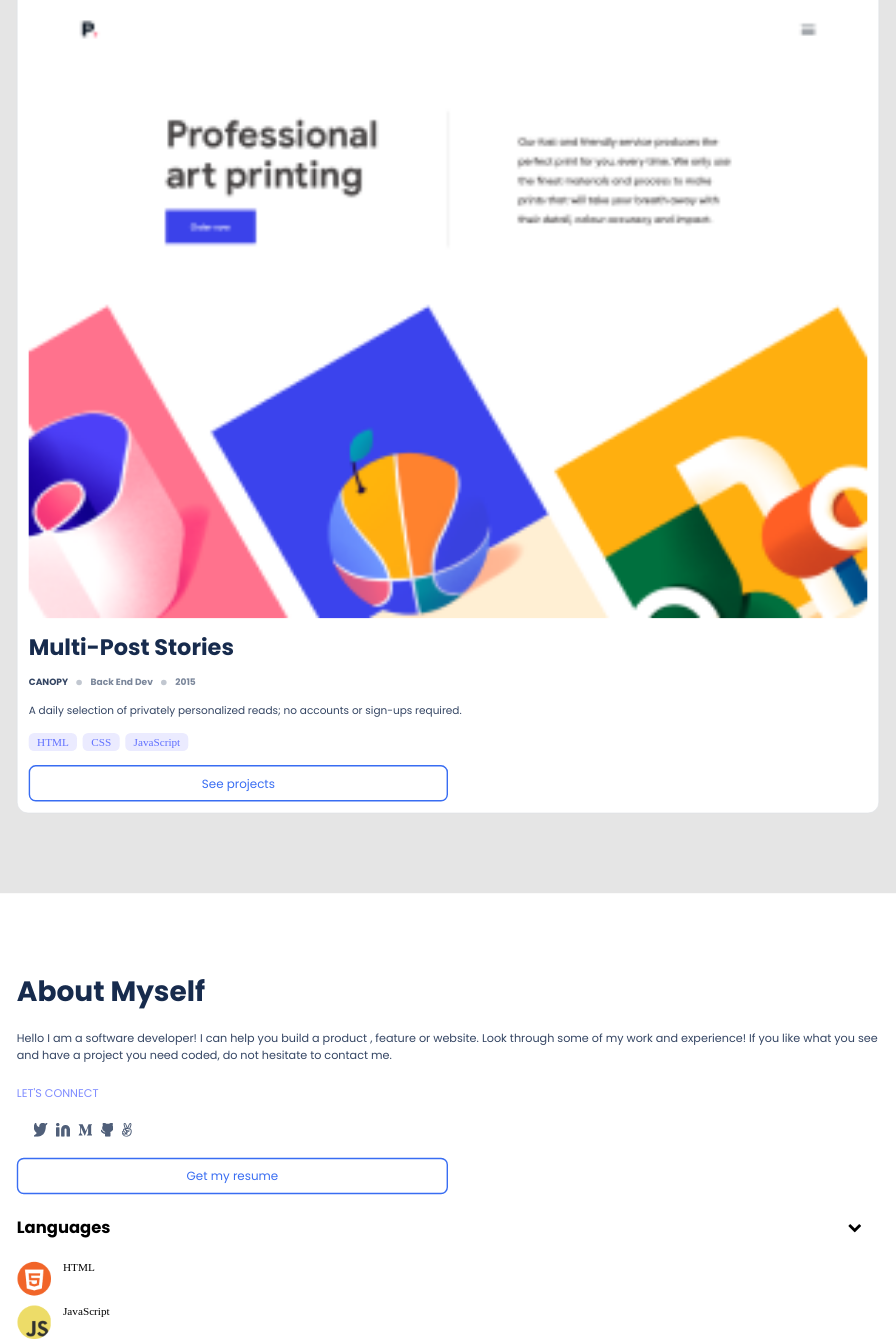
Repository: Paulinelali/potfoilo.github.io
Page: public/index.html
These files come from the project's save history. The page is drawn as it stood at one moment and after a run of saves; the edit follows.
The browser window is 1280 px wide. The pictures show the part of the page from y = 4580 to 6500 px (the page is 7001 px tall), at 70% of full size.

Above is the page before, as saved 2023-03-31 08:24:48.

### public/index.html
<!DOCTYPE html>
<html lang="en">
<head>
    <meta charset="UTF-8">
    <meta http-equiv="X-UA-Compatible" content="IE=edge">
    <meta name="viewport" content="width=device-width, initial-scale=1.0">
    <link rel="preconnect" href="https://fonts.googleapis.com">
    <link rel="preconnect" href="https://fonts.gstatic.com" crossorigin>
    <link href="https://fonts.googleapis.com/css2?family=Poppins:wght@400;700&display=swap" rel="stylesheet">
    <link rel="stylesheet" href="https://cdnjs.cloudflare.com/ajax/libs/font-awesome/4.7.0/css/font-awesome.min.css">
    <link rel="stylesheet" href="../styles/style.css">
    <title>Ayomide S.E.P</title>
</head>
<body>
    <header class="header">
        <nav class="nav pad-aside">
            <a href="#">
                <img src="../assets/Logo Placeholder.png" alt="">
            </a>
            <a href="#"><img src="../assets/Normal Button/Tertiary/Enabled.png" alt=""></a>
        </nav>
        <section class="intro">
            <div class="introc-content pad-aside">
                <h1 class="pad-aside">
                    I am Ayomide.
                Glad to see you!
                </h1>
                <p class="pad-aside">
                    I am a software developer! I can help you build a product , feature or website   Look through some of my work and
                    experience! If you like what you see and have a project you need coded,
                    do not hesitate to contact me.
                </p>
                <h3 class="pad-aside">
                    LET'S CONNECT
                </h3>
                <div class="social-icons pad-aside ">
                    <img src="../assets/social icons/Vector.svg" alt="">
                    <img src="../assets/social icons/Linkedin icon.svg" alt="">
                    <img src="../assets/social icons/Vector (1).svg" alt="">
                    <img src="../assets/social icons/Vector (2).svg" alt="">
                    <img src="../assets/social icons/Vector (3).svg" alt="">
                </div>
            </div>
        </section>
    </header>

    <section class="card-wrapper  margin-h-24 pad-both">
        <img class="" src="../assets/1.png" alt="">
        <h2>Tonic</h2>
        <div class="canopy-list-wrapper">
            <ul class="canopy-list">
                <li><b>CANOPY</b></li>
                <li class="card-empty-list"></li>
                <li>Back End Dev</li>
                <li class="card-empty-list"></li>
                <li>2015</li>
            </ul>
        </div>
        <p>
            A daily selection of privately personalized reads; no accounts or sign-ups required.
        </p>
        <div class="tech-used">
            <span>
                HTML
            </span>
            <span>
                CSS
            </span>
            <span>
                JavaScript
            </span>
        </div>
        <button class="see-projects-btn btn">
            See projects
        </button>
    </section>

    <section class="card-wrapper  margin-h-24 pad-both">
        <img class="" src="../assets/2.png" alt="">
        <h2>Multi-Post
            Stories</h2>
        <div class="canopy-list-wrapper">
            <ul class="canopy-list">
                <li><b>CANOPY</b></li>
                <li class="card-empty-list"></li>
                <li>Back End Dev</li>
                <li class="card-empty-list"></li>
                <li>2015</li>
            </ul>
        </div>
        <p>
            A daily selection of privately personalized reads; no accounts or sign-ups required.
        </p>
        <div class="tech-used">
            <span>
                HTML
            </span>
            <span>
                CSS
            </span>
            <span>
                JavaScript
            </span>
        </div>
        <button class="see-projects-btn btn">
            See projects
        </button>
    </section>


    <section class="card-wrapper  margin-h-24 pad-both">
        <img class="" src="../assets/3.png" alt="">
        <h2>Tonic</h2>
        <div class="canopy-list-wrapper">
            <ul class="canopy-list">
                <li><b>CANOPY</b></li>
                <li class="card-empty-list"></li>
                <li>Back End Dev</li>
                <li class="card-empty-list"></li>
                <li>2015</li>
            </ul>
        </div>
        <p>
            A daily selection of privately personalized reads; no accounts or sign-ups required.
        </p>
        <div class="tech-used">
            <span>
                HTML
            </span>
            <span>
                CSS
            </span>
            <span>
                JavaScript
            </span>
        </div>
        <button class="see-projects-btn btn">
            See projects
        </button>
    </section>


    <section class="card-wrapper  margin-h-24 pad-both">
        <img class="" src="../assets/4.png" alt="">
        <h2>Multi-Post
            Stories</h2>
        <div class="canopy-list-wrapper">
            <ul class="canopy-list">
                <li><b>CANOPY</b></li>
                <li class="card-empty-list"></li>
                <li>Back End Dev</li>
                <li class="card-empty-list"></li>
                <li>2015</li>
            </ul>
        </div>
        <p>
            A daily selection of privately personalized reads; no accounts or sign-ups required.
        </p>
        <div class="tech-used">
            <span>
                HTML
            </span>
            <span>
                CSS
            </span>
            <span>
                JavaScript
            </span>
        </div>
        <button class="see-projects-btn btn">
            See projects
        </button>
    </section>

    <section class="last-section">
        <h1>About Myself</h1>
        <p>
            Hello I am a software developer! I can help you build a product , feature or website. Look through some of
            my work and experience! If you like what you see and have a project you need coded, do not hesitate to contact me.
        </p>
        <h3>LET'S CONNECT</h3>
        <div class="social-icons pad-aside ">
            <img src="../assets/social icons/Vector.svg" alt="">
            <img src="../assets/social icons/Linkedin icon.svg" alt="">
            <img src="../assets/social icons/Vector (1).svg" alt="">
            <img src="../assets/social icons/Vector (2).svg" alt="">
            <img src="../assets/social icons/Vector (3).svg" alt="">
        </div>
        <button class="see-projects-btn btn">
            Get my resume
        </button>
        <div class="language">
            <h3>Languages</h3>
            <i class="fa fa-chevron-down"></i>
        </div>
        <div class="language-list">
            <div class="html">
                <img src="../assets/html.png" alt="">
                <span>HTML</span>
            </div>

            <div class="js">
                <img src="../assets/js.png" alt="">
                JavaScript
            </div>

            <div class="css">
                <img src="../assets/css.png" alt="">
                <span>CSS</span>
            </div>
        </div>
        <div class="frameworks">
            <h3>Frameworks</h3>
            <i class="fa fa-chevron-right"></i>
        </div>
        <div class="skills">
            <h3>Skills</h3>
            <i class="fa fa-chevron-right"></i>
        </div>
    </section>
</body>
</html>

### styles/style.css
*{
  margin: 0px;
  padding: 0px;
}


@import url('https://fonts.googleapis.com/css2?family=Poppins:wght@400;700&display=swap');

body{
  background-color: #E5E5E5;;
}

.pad-vet{
  padding: 16px 0px 0px 0px;
}
.pad-both{
  padding: 16px;
}
.pad-aside{
  padding: 0px 24px;
}

.margin-v-24{
  margin: 24px 0px;
}
.margin-h-24{
  margin: 0px 24px;
}

.header{
  display: flex;
  flex-direction: column;
  gap: 50px;
  background-color: white;
  border-radius: 0px 0px 0px 50px;
  -webkit-border-radius: 0px 0px 0px 50px;
  -moz-border-radius: 0px 0px 0px 50px;
  -ms-border-radius: 0px 0px 0px 50px;
  -o-border-radius: 0px 0px 0px 50px;
}
.nav{
  display: flex;
  justify-content: space-between;
}

.introc-content{
  display: flex;
  flex-direction: column;
  gap: 12px;
  padding: 128px 0px;
  background-image: url("../assets/header-shapes\ mobile.png");
  background-size: contain;
  background-repeat: no-repeat;

}
.introc-content h1{
  font-family: 'Poppins';
  font-style: normal;
  font-weight: 700;
  font-size: 40px;
  line-height: 52px;
  color: #172B4D;

}

.introc-content p{
  font-family: 'Poppins';
  font-style: normal;
  font-weight: 400;
  font-size: 16px;
  line-height: 24px;
  color: #344563;
}
.introc-content h3{
  color: rgba(127, 140, 255, 1);

}

.social-icons{
  display: flex;
  gap: 12px;

}

.card-wrapper{
  display: flex;
  flex-direction: column;
  justify-content: center;
  gap: 20px;
  background: #FFFFFF;
  border: 1px solid #DFE1E6;
  border-radius: 16px;
  margin: 114px 24px;
}

.card-wrapper h2{
  font-family: 'Poppins';
  font-style: normal;
  font-weight: 700;
  font-size: 32px;
  line-height: 44px;
  color: #172B4D;
}

.card-wrapper p{
  font-family: 'Poppins';
  font-style: normal;
  font-weight: 400;
  font-size: 15px;
  line-height: 24px;
  color: #344563;
}

.canopy-list{
  display: flex;
  list-style-type: none;
  gap: 12px;
}
.canopy-list .card-empty-list{
  width: 8px;
  height: 8px;
  background: #C1C7D0;
  border-radius: 50%;
  -webkit-border-radius: 50%;
  -moz-border-radius: 50%;
  -ms-border-radius: 50%;
  -o-border-radius: 50%;
  align-self: center;
}

.canopy-list li:nth-child(1){
  font-family: 'Poppins';
  font-style: normal;
  font-weight: 600;
  font-size: 13px;
  line-height: 16px;
  color: #344563;
}
.canopy-list li:nth-child(3), .canopy-list li:nth-child(5){
  color: #7A869A;
  font-family: 'Poppins';
  font-style: normal;
  font-weight: 600;
  font-size: 13px;
  line-height: 16px;
}

.tech-used{
  display: flex;
  gap: 8px;
}

.tech-used span{
  display: flex;
  flex-direction: row;
  align-items: center;
  padding: 4px 12px;
  background: #EBEBFF;
  border-radius: 8px;
  color: #6070FF;
}

.see-projects-btn{
  padding: 12px;
  font-family: 'Poppins';
  font-style: normal;
  font-weight: 500;
  font-size: 17px;
  line-height: 24px;
  color: #396DF2;
  background: rgba(57, 109, 242, 0);
  width: 50%;
  border: 2px solid #396DF2;
  border-radius: 10px;
  -webkit-border-radius: 10px;
  -moz-border-radius: 10px;
  -ms-border-radius: 10px;
  -o-border-radius: 10px;
}

.last-section{
  display: flex;
  flex-direction: column;
  gap: 30px;
  background: #FFFFFF;
  padding: 114px 24px 314px 24px
}

.last-section h1{
  font-family: 'Poppins';
font-style: normal;
font-weight: 700;
font-size: 40px;
line-height: 52px;
display: flex;
align-items: center;
color: #172B4D;
}

.last-section p{
  font-family: 'Poppins';
font-style: normal;
font-weight: 400;
font-size: 16px;
line-height: 24px;
color: #344563;
}

.last-section > h3{
font-family: 'Poppins';
font-style: normal;
font-weight: 500;
font-size: 16px;
line-height: 24px;
color: #7F8CFF;
}

.language, .frameworks, .skills{
  display: flex;
  justify-content: space-between;
  padding-right: 25px;
  font-family: 'Poppins';
  font-style: normal;
  font-weight: 500;
  font-size: 20px;
  align-items: center;
  color: #000000;
}

.language-list{
  display: flex;
  flex-direction: column;
  gap: 12px;
}

.css, .js, .html{
  display: flex;
  gap: 16px;
  align-self
}

After the next 2 saves:
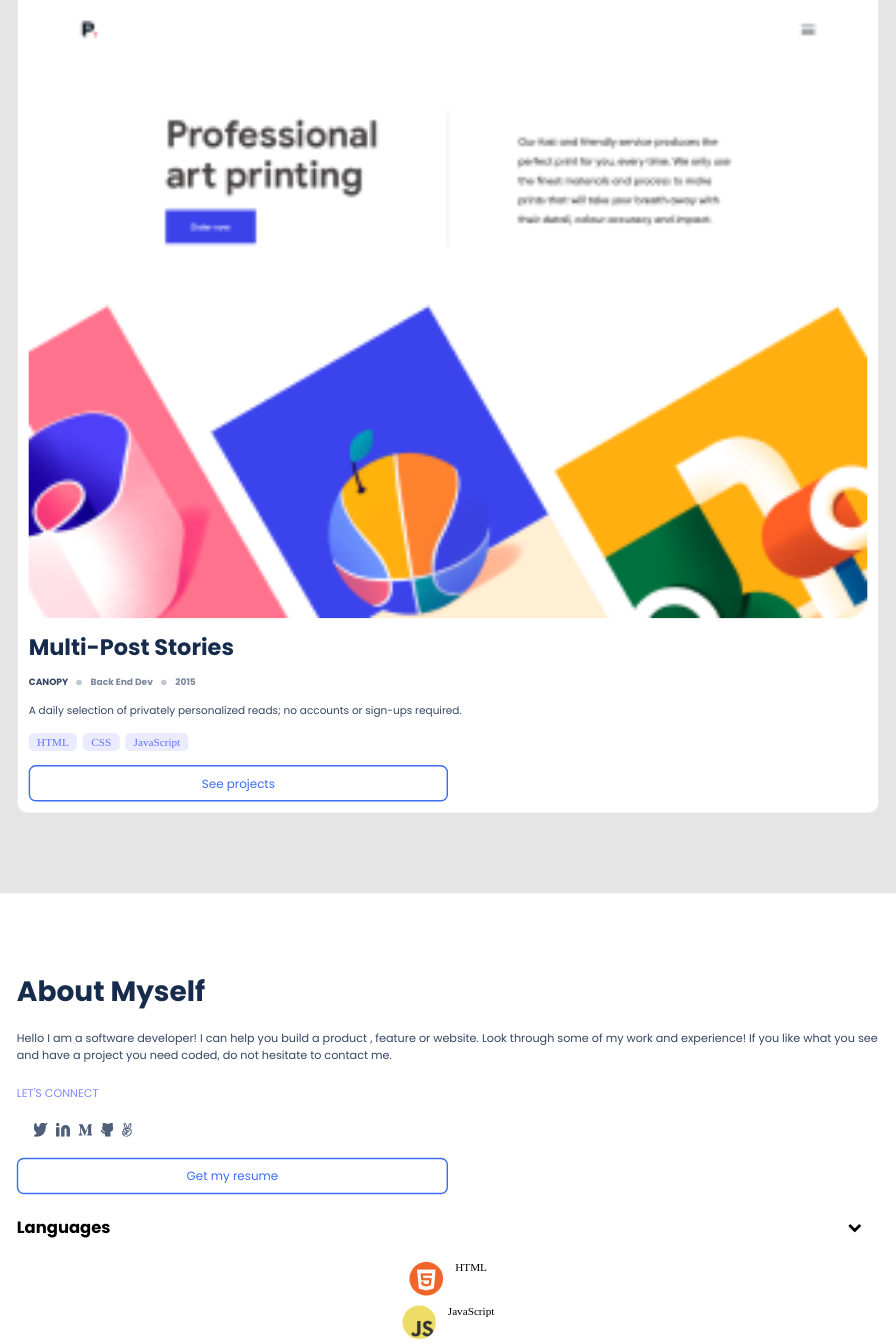
The 2 saves are shown as one change because they came seconds apart.
The last was saved 7 s later.
--- a/styles/style.css
+++ b/styles/style.css
@@ -236,5 +236,5 @@
 .css, .js, .html{
   display: flex;
   gap: 16px;
-  align-self
-}
+  align-self: center;
+}

After the save that followed:
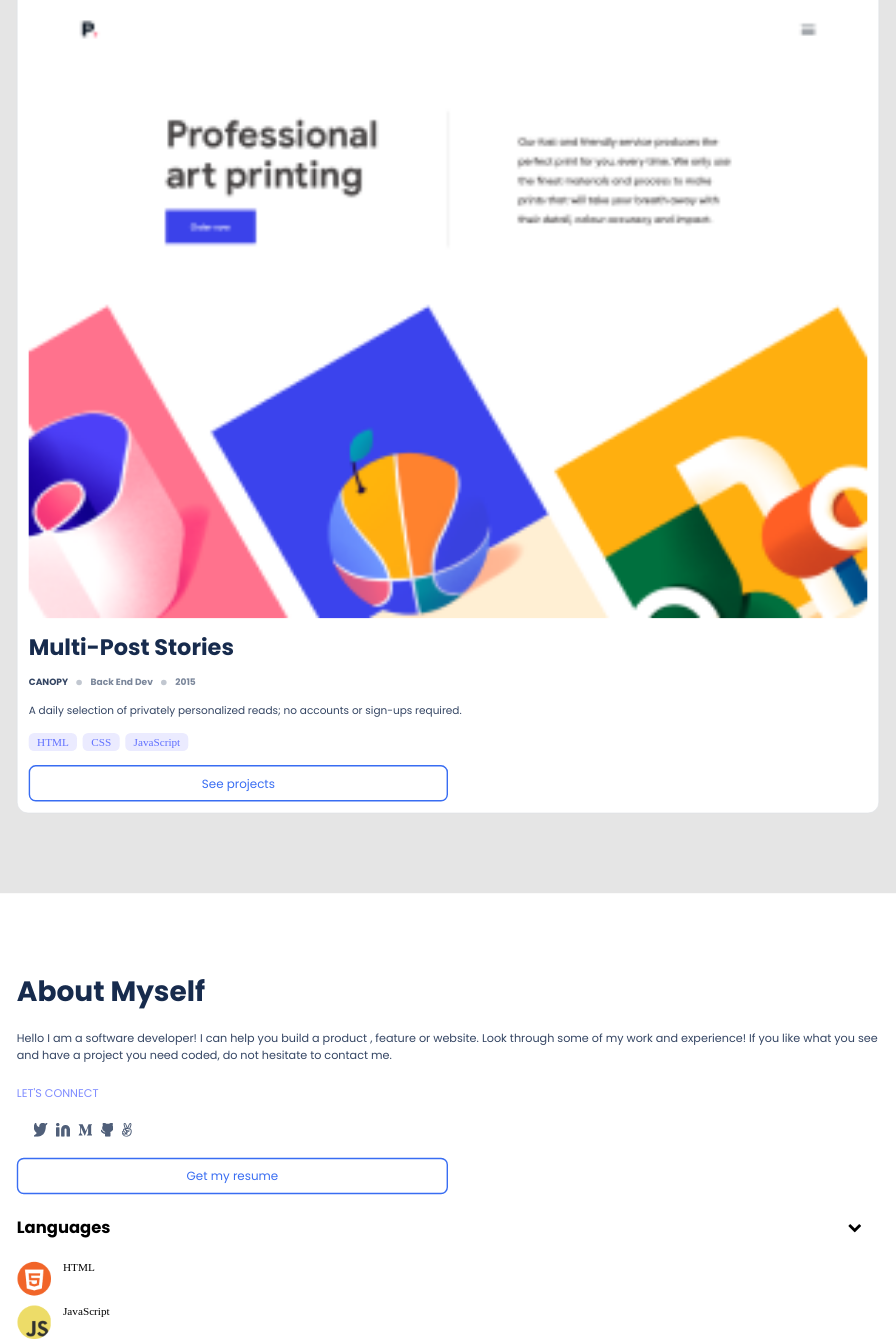
Saved 19 s later.
--- a/styles/style.css
+++ b/styles/style.css
@@ -236,5 +236,5 @@
 .css, .js, .html{
   display: flex;
   gap: 16px;
-  align-self: center;
-}
+  just
+}
